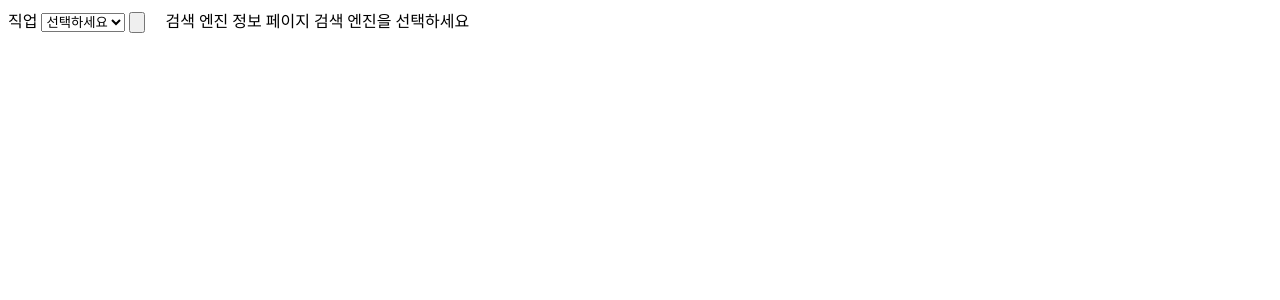
Repository: hii9505/DB_engineering_education
Page: http://localhost/Web_Study_04/transfer.jsp
The author's editor kept a copy of each file at every save. The page is drawn from the files as they stood at one save, then again after the next save.
The browser window is 1280 px wide. The pictures show the whole page.
The page is served by Tomcat 9.

Above is the page before, as saved 2021-05-21 08:33:07.

After the next save:
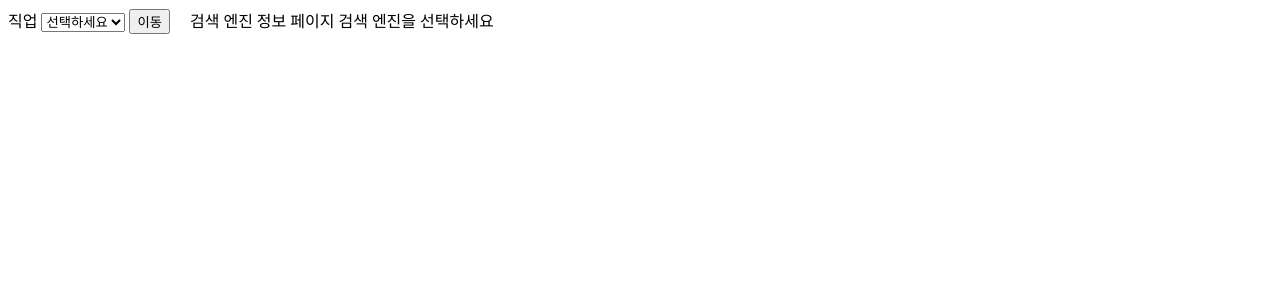
Saved 4 min 18 s later.
--- a/eclipse-workspace/Web_Study_04/src/main/webapp/transfer.jsp
+++ b/eclipse-workspace/Web_Study_04/src/main/webapp/transfer.jsp
@@ -13,12 +13,12 @@
 		<span style="float: left; margin-right: 20px"> <label for="job">직업</label>
 			<select id="job" name="job" size="1">
 				<option value="">선택하세요</option>
-				<option value="학생">네이버</option>
-				<option value="컴퓨터/인터넷">다음</option>
-				<option value="언론">구글</option>
-				<option value="공무원">카카오</option>
+				<option value="http://www.naver.com">네이버</option>
+				<option value="http://daum.net">다음</option>
+				<option value="http://www.google.com">구글</option>
+				<option value="http://kakaoocorp.com">카카오</option>
 			</select>
-			<input type="button"></input>
+			<input type="button" value="이동"></input>
 
 </body>
 </html>
